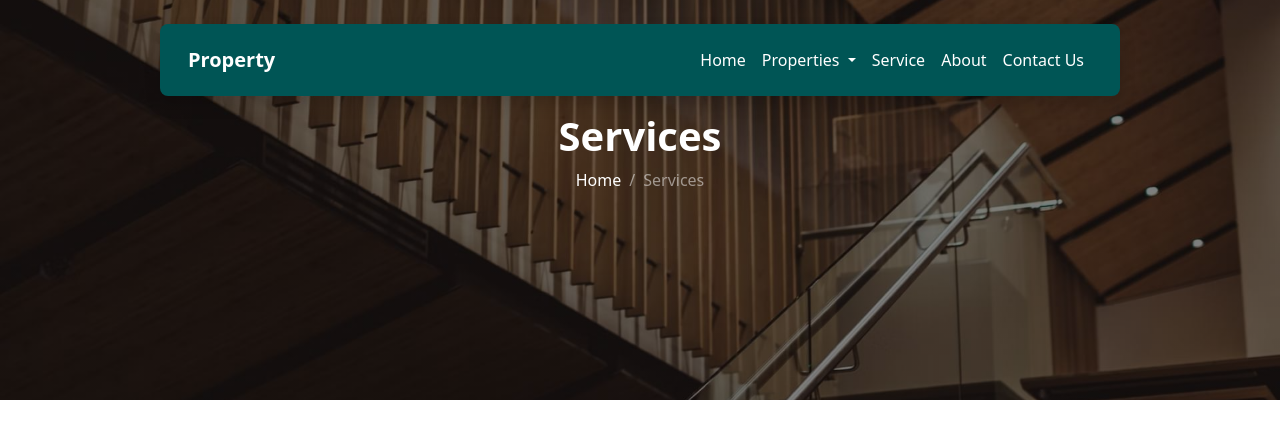
Repository: sameerrrrkhan911-git/Property
Page: contact.html
An editor plug-in stored every save of this project. The page is shown before and after a run of saves, followed by the edit.
The browser window is 1280 px wide. The pictures show the whole page.
Some web libraries are served in a nearby version.

Above is the page before, as saved 2025-09-28 17:07:37.
Console error: TypeError: Cannot read properties of undefined (reading 'length')

After the next 2 saves:
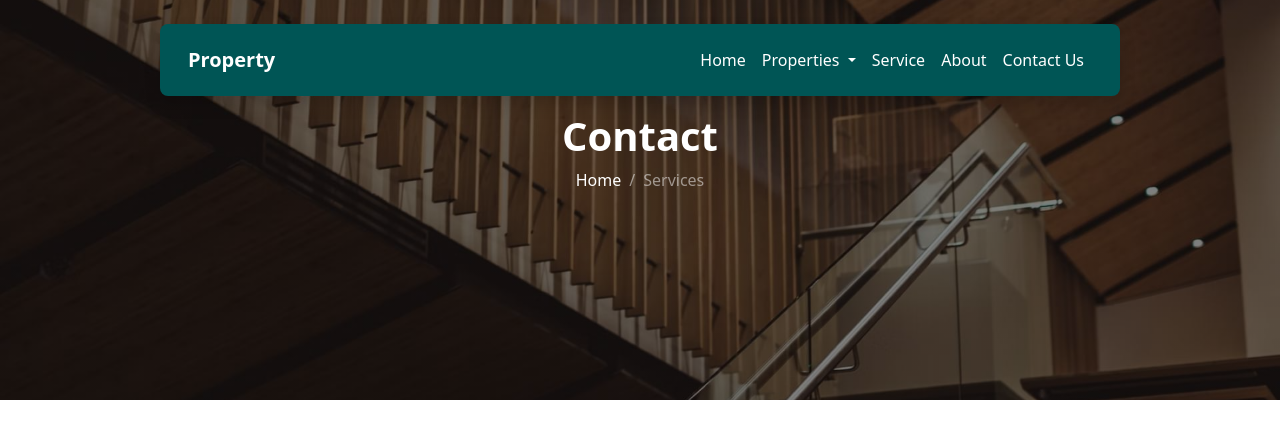
The 2 saves are shown as one change because they came seconds apart.
The last was saved 2 min 12 s later.
--- a/contact.html
+++ b/contact.html
@@ -68,7 +68,7 @@
 
                     <div class="row justify-content-center align-items-center">
                         <div class="col-lg-9 text-center mt-5">
-                            <h1 class="heading aos-init aos-animate white mt-3 fw-bold" data-aos="fade-up">Services</h1>
+                            <h1 class="heading aos-init aos-animate white mt-3 fw-bold" data-aos="fade-up">Contact</h1>
 
                             <nav aria-label="breadcrumb" data-aos="fade-up" data-aos-delay="200"
                                 class="aos-init aos-animate">
